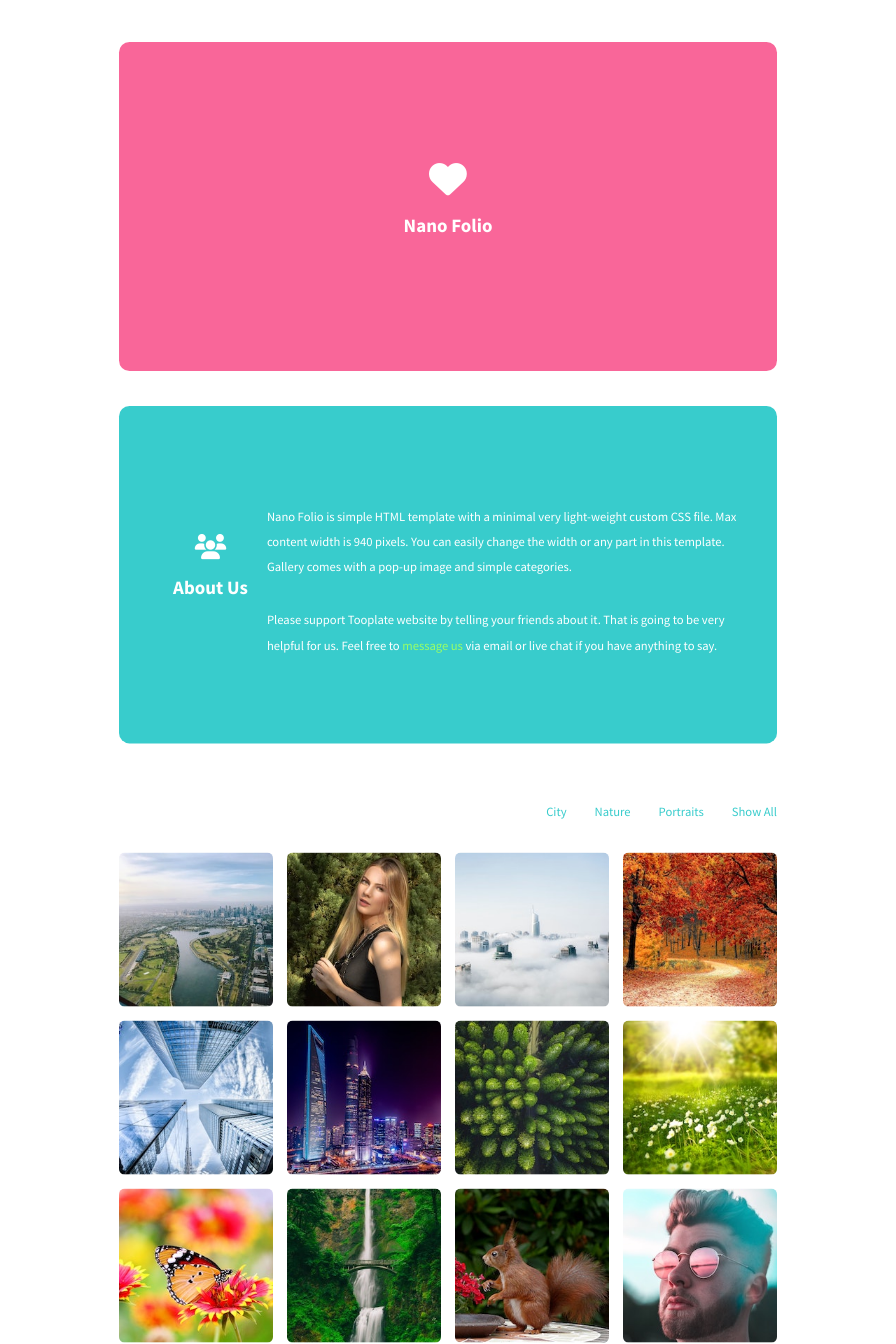
Repository: BuiVanVu102/Tooplate
Page: index.html
The author's editor kept a copy of each file at every save. The page is drawn from the files as they stood at one save, then again after the next save.
The browser window is 1280 px wide. The pictures show the part of the page from y = 0 to 1920 px (the page is 2582 px tall), at 70% of full size.
Some web libraries are served in a nearby version. The style sheet was rebuilt from its Sass, Less or Tailwind sources for each picture, by a compiler version that may differ from the author's.

Above is the page before, as saved 2021-11-17 09:54:05.

After the next save:
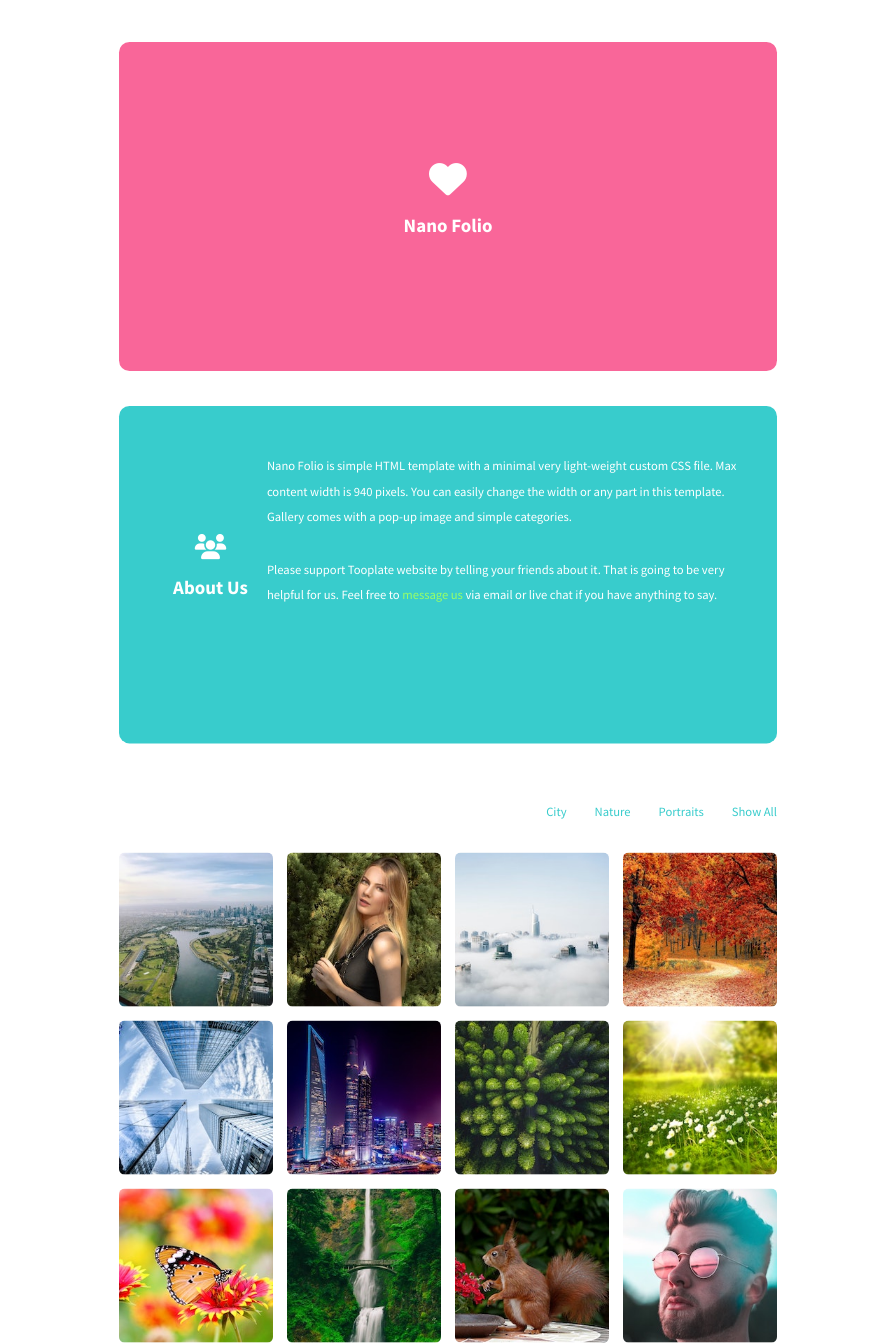
Saved 97 s later.
--- a/sass/_about.scss
+++ b/sass/_about.scss
@@ -2,8 +2,7 @@
 	margin-top: 0px;
 	&__container {
 		display: flex;
-		justify-content: center;
-		align-items: center;
+
 
 
 		padding: 50px 50px;
@@ -42,7 +41,7 @@
 		display: block;
 		margin: 18px 0 40px;
 		font: 18px;
-		min-width: none;
+
 
 
 
